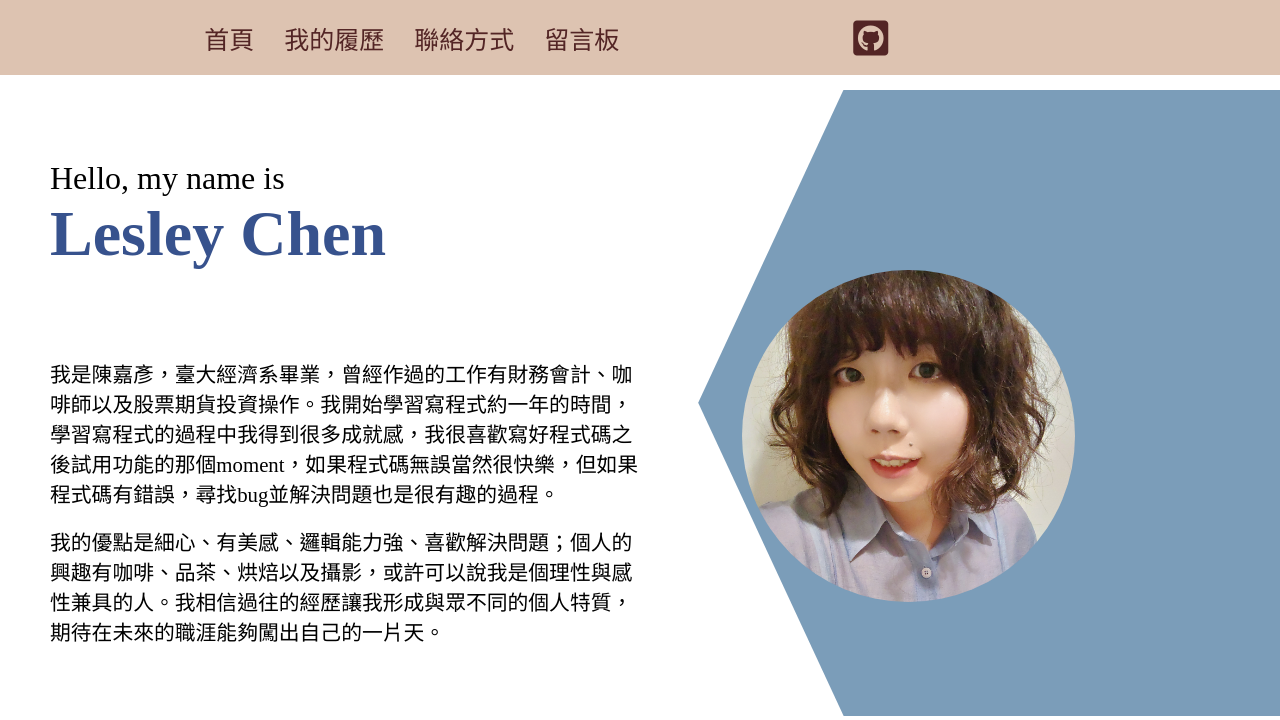
Repository: lcjyc/portfolio-website
Page: /
These files come from the project's save history. The page is drawn as it stood at one moment and after the next save; the edit follows.
The browser window is 1280 px wide. The pictures show the whole page.
The project was rebuilt for these pictures with package versions that can differ from the ones it lists, and the page was loaded fresh each time. Also part of the build but not shown: src/pages/resume/resume.css, src/pages/resume/Resume.jsx, src/pages/contact/contact.css, src/pages/contact/Contact.jsx.

Above is the page before, as saved 2022-08-20 09:28:55.

After the next save:
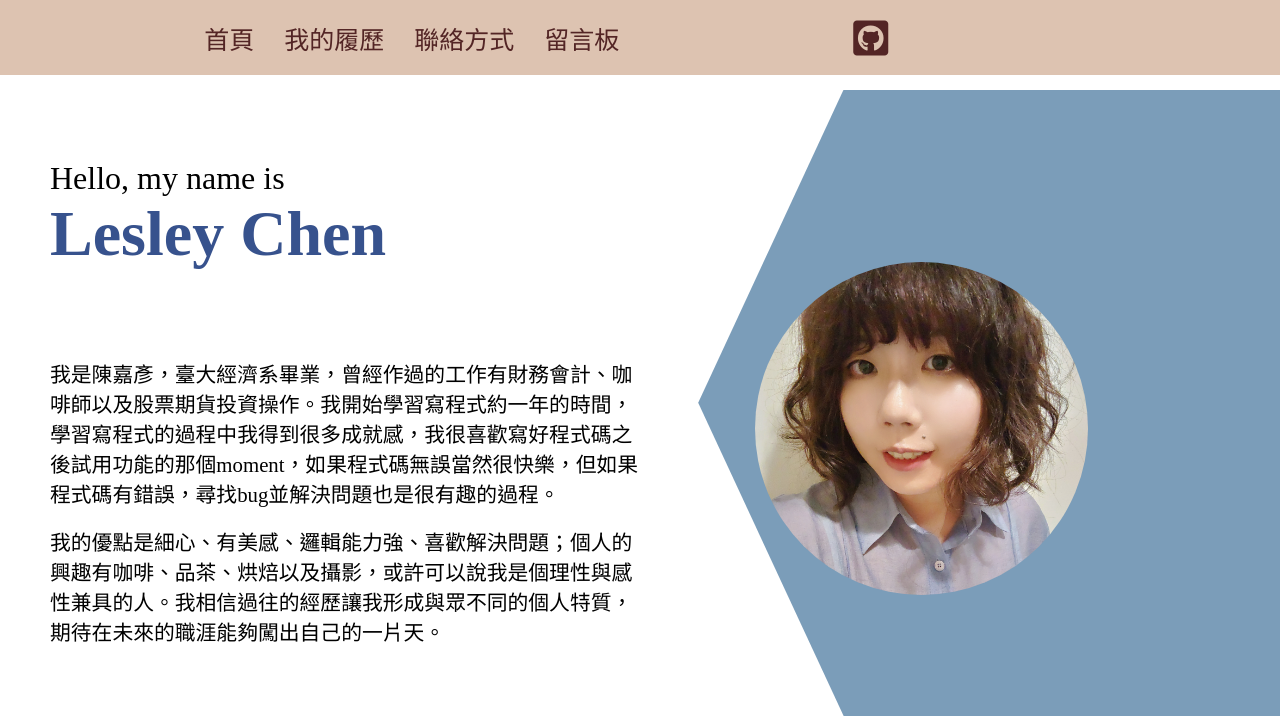
Saved 13 s later.
--- a/src/pages/home/home.css
+++ b/src/pages/home/home.css
@@ -81,8 +81,8 @@
   border-radius: 50%;
   width: 26vw;
   height: 26vw;
-  top: 25vh;
-  right: 16vw;
+  top: 24vh;
+  right: 15vw;
 }
 
 .i-bg {
